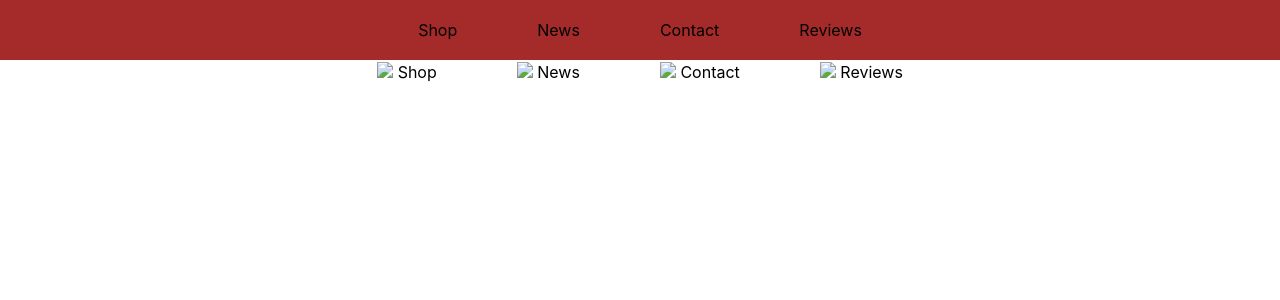
Repository: tusharpasricha/owlsomecoffee
Page: /
These files come from the project's save history. The page is drawn as it stood at one moment and after the next save; the edit follows.
The browser window is 1280 px wide. The pictures show the whole page.
The project was rebuilt for these pictures with package versions that can differ from the ones it lists, and the page was loaded fresh each time.

Above is the page before, as saved 2021-09-27 08:56:11.

### src/App.js

//import './App.css';
import Navbar from './components/navbar';
import Bar from './components/bar';

function App() {
  return (
    <div className="App">
     <Navbar>
     </Navbar>
     <Bar></Bar>

    </div>
  );
}

export default App;

### src/components/navbar.js
import React from 'react'
import './navbar.css'

const Navbar = () => {
    return (
    <div className="nav">
<ul>
  <li><a href="default.asp">Shop</a></li>
  <li><a href="news.asp">News</a></li>
  <li><a href="contact.asp">Contact</a></li>
  <li><a href="about.asp">Reviews</a></li>
</ul>
    </div>
    )
}

export default Navbar

### src/components/bar.js
import React from 'react'
import './bar.css'

const Bar = () => {
    return (
        <div className="bar">
<ul>
  <li> <img src="#"></img> <a href="default.asp">Shop</a></li>
  <li><img src="#"></img> <a href="news.asp">News</a></li>
  <li><img src="#"></img> <a href="contact.asp">Contact</a></li>
  <li><img src="#"></img> <a href="about.asp">Reviews</a></li>
</ul>
        </div>
    )
}

export default Bar

### src/components/navbar.css
*{
    margin: 0%;

}
.nav{
    background-color: brown;
    display: flex;
    justify-content: center;
    height: 60px;
    align-items: center;
}
ul{

     display: flex;
     list-style-type: none;
     justify-content: center;
     padding: 2px;
 }
 li{
     padding-right: 40px;
     padding-left: 40px;
 }
 a{
     text-decoration: none;
     color: black;
 }

### src/components/bar.css
*{
    margin: 0%;

}
.nav{
    background-color: brown;
    display: flex;
    justify-content: center;
    height: 60px;
    align-items: center;
}
ul{

     display: flex;
     list-style-type: none;
     justify-content: center;
     padding: 2px;
 }
 li{
     padding-right: 40px;
     padding-left: 40px;
 }
 a{
     text-decoration: none;
     color: black;
 }

Loaded but not shown: public/index.html (common file); src/index.js (common file); src/index.css (common file)

After the next save:
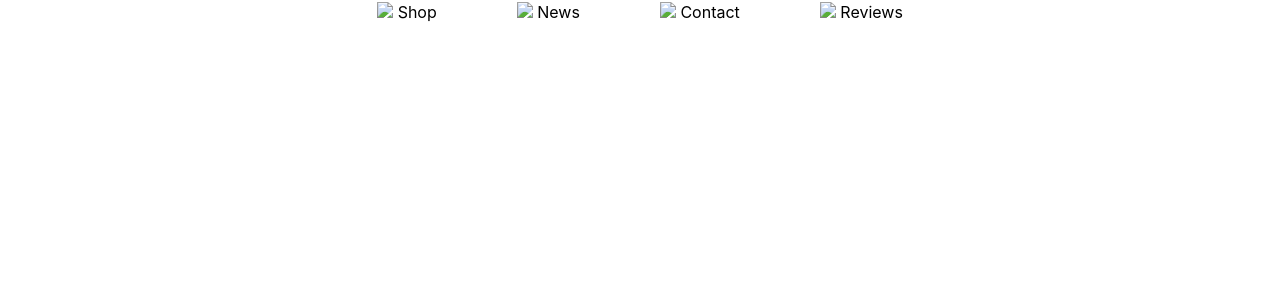
Saved 35 s later.
--- a/src/App.js
+++ b/src/App.js
@@ -6,8 +6,7 @@ import Bar from './components/bar';
 function App() {
   return (
     <div className="App">
-     <Navbar>
-     </Navbar>
+
      <Bar></Bar>
 
     </div>
